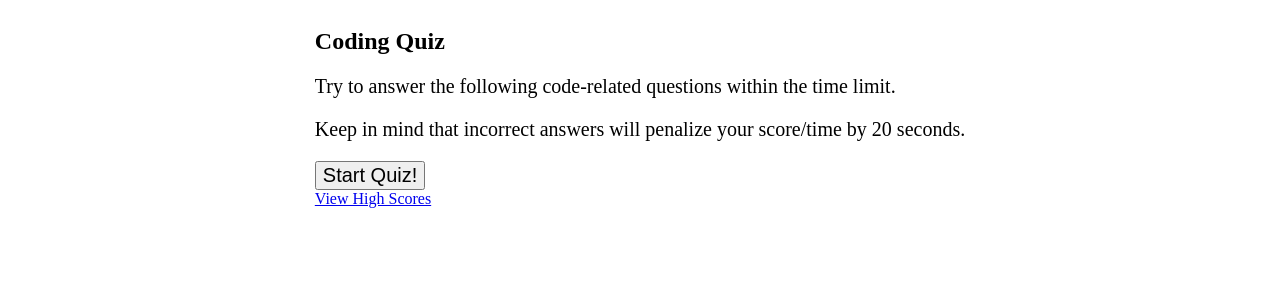
Repository: ziffoit/Code-Quiz
Page: index.html
An editor plug-in stored every save of this project. The page is shown before and after the next save, followed by the edit.
The browser window is 1280 px wide. The pictures show the whole page.

Above is the page before, as saved 2021-03-14 11:42:08.

### index.html
<!DOCTYPE html>
<html lang="en">
  <head>
    <meta charset="UTF-8" />
    <meta name="viewport" content="width=device-width, initial-scale=1.0" />
    <link rel="stylesheet" href="./Assets/style.css" />
    <title>Document</title>
  </head>
  <body>
    <header>
      <p class="timer"></p>
    </header>
    <!-- hide this section -->
    <section id="titlePage">
      <h1>Coding Quiz</h1>
      <p>
        Try to answer the following code-related questions within the time
        limit.
      </p>
      <p>
        Keep in mind that incorrect answers will penalize your score/time by 20
        seconds.
      </p>
      <button id="startQuiz">Start Quiz!</button>
      <div>
        <a href="./highScore.html">View High Scores</a>
      </div>
    </section>
    <section id="quizSection">
      <h1 id="quizQuestion"></h1>
      <div id="previousResult"></div>
    </section>
    <section id="endPage">
      <h1>Finish!</h1>
      <p>
        Your final score is:
        <span id="finalScore"></span>
      </p>
      <form id="initialsForm">
        <input type="text" id="initials" />
        <button type="submit">Submit</button>
      </form>
    </section>
    <script src="./Assets/script.js"></script>
  </body>
</html>

### Assets/style.css
p {
  font-size: 20px;
}

button {
  font-size: 20px;
}

body {
  display: flex;
  justify-content: center;
}

.hidden {
  display: none;
}

### Assets/script.js
var timerCount = 60
var previousResult = document.querySelector("#previousResult")
var startQuizBtn = document.querySelector("#startQuiz")
var titlePage = document.querySelector("#titlePage")
var quizQuestion = document.querySelector("#quizQuestion")
var quizSection = document.querySelector("#quizSection")
var timer;
var timerElement = document.querySelector(".timer")
var endPage = document.querySelector("#endPage")
var finalScore = document.querySelector("#finalScore")
var initials = document.querySelector("#initials")
var initialsForm = document.querySelector("#initialsForm")
var questionsArray = [
    {
        question:"Commonly used data types DO NOT include:",
        answer:["strings", "booleans", "alerts", "numbers"],
        correctAnswer:"alerts"
    },
    {
        question:"The condition within an if/else statement is enclosed within:",
        answer:["quotes", "curly brackets", "parentheses", "square brackets"],
        correctAnswer:"parentheses"
    },
    {
        question:"Arrays in JavaScript can be used to store:",
        answer:["numbers and strings", "other arrays", "booleans", "all of the above"],
        correctAnswer:"all of the above"
    },
]

var questionTracker = 0
endPage.setAttribute("class", "hidden")

//executed when start button is clicked
// local storage for keeping highscores
function startQuiz() {
    questionTracker = 0
    titlePage.setAttribute("class", "hidden")
    timer = setInterval(startTimer, 1000)
    timerElement.textContent = timerCount
    //hide titlePage section show question 1
    previousResult.textContent = ""
    timerElement.removeAttribute("class")
    quizSection.removeAttribute("class")
    renderQuestion()
}

function startTimer() {
    timerCount--
    timerElement.textContent = timerCount
    if (timerCount <= 0) {
        // Clears interval through renderEndPage
        renderEndPage()
    }
}

function renderQuestion() {
    if (questionTracker >= questionsArray.length){
        renderEndPage()
        return
    }
    var currentQuestion = questionsArray[questionTracker]
    quizQuestion.textContent = currentQuestion.question
    for (let i = 0; i < currentQuestion.answer.length; i++) {
        const answer = currentQuestion.answer[i];
        var button = document.createElement("button")
        button.textContent = answer
        button.className = "questionAnswer"
        quizSection.append(button)
        if (answer === currentQuestion.correctAnswer) {
            button.addEventListener("click", correctAnswer)
        } else {
            button.addEventListener("click", incorrectAnswer)
        }
        // when user clicks button for next question questionTracker++
    }
}

function removeButtons() {
    var buttons = document.getElementsByClassName("questionAnswer")
    while (buttons.length > 0) {
        buttons[0].remove()
    }
}

function loadNextQuestion() {
    questionTracker++
    removeButtons()
    renderQuestion()
}

function correctAnswer() {
    loadNextQuestion()
    previousResult.textContent = "Correct!"

}

//timer penalty for wrong answer
function incorrectAnswer() {
    timerCount = timerCount - 20
    timerElement.textContent = timerCount
    previousResult.textContent = "Incorrect!"
    loadNextQuestion()
}

// end of quiz
function renderEndPage() {
    var score = timerCount
    finalScore.textContent = score
    quizSection.setAttribute("class", "hidden")
    timerElement.setAttribute("class", "hidden")
    clearInterval(timer)
    endPage.removeAttribute("class")

}

function saveHighScores(event) {
    event.preventDefault()

    var scoreHistory = JSON.parse(localStorage.getItem("score")) || []
    var currentScore = {
        name: initials.value,
        score: finalScore.textContent
    }

    scoreHistory.push(currentScore)
    localStorage.setItem("score", JSON.stringify(scoreHistory))
    endPage.setAttribute("class", "hidden")
    titlePage.removeAttribute("class")
}

startQuizBtn.addEventListener("click", startQuiz)
initialsForm.addEventListener("submit", saveHighScores)

After the next save:
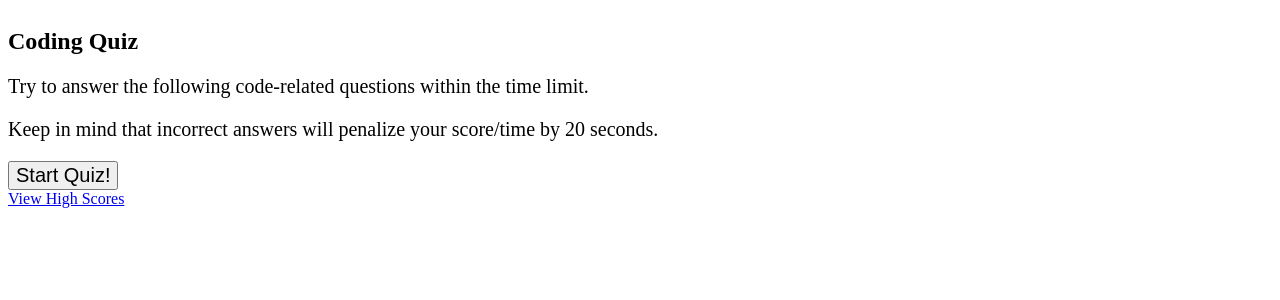
Saved 12 min 51 s later.
--- a/Assets/style.css
+++ b/Assets/style.css
@@ -8,7 +8,16 @@
 
 body {
   display: flex;
+}
+
+header {
   justify-content: center;
+  align-items: center;
+}
+
+section {
+  justify-content: center;
+  align-items: center;
 }
 
 .hidden {

After the save that followed:
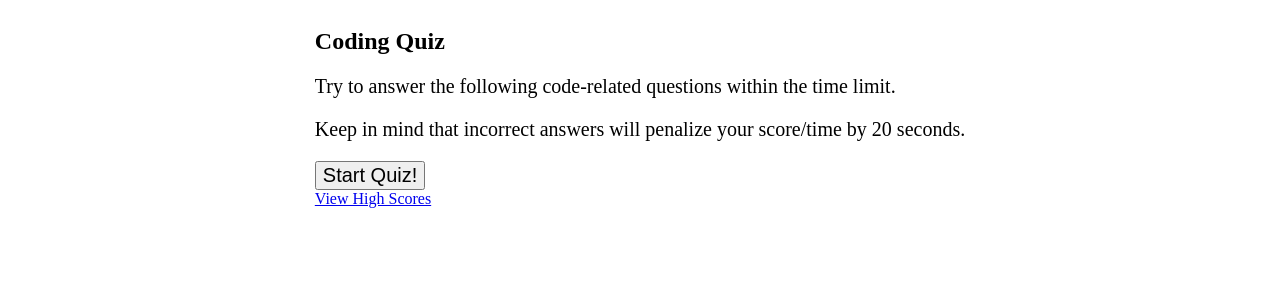
Saved 86 s later.
--- a/Assets/style.css
+++ b/Assets/style.css
@@ -8,14 +8,6 @@
 
 body {
   display: flex;
-}
-
-header {
-  justify-content: center;
-  align-items: center;
-}
-
-section {
   justify-content: center;
   align-items: center;
 }
